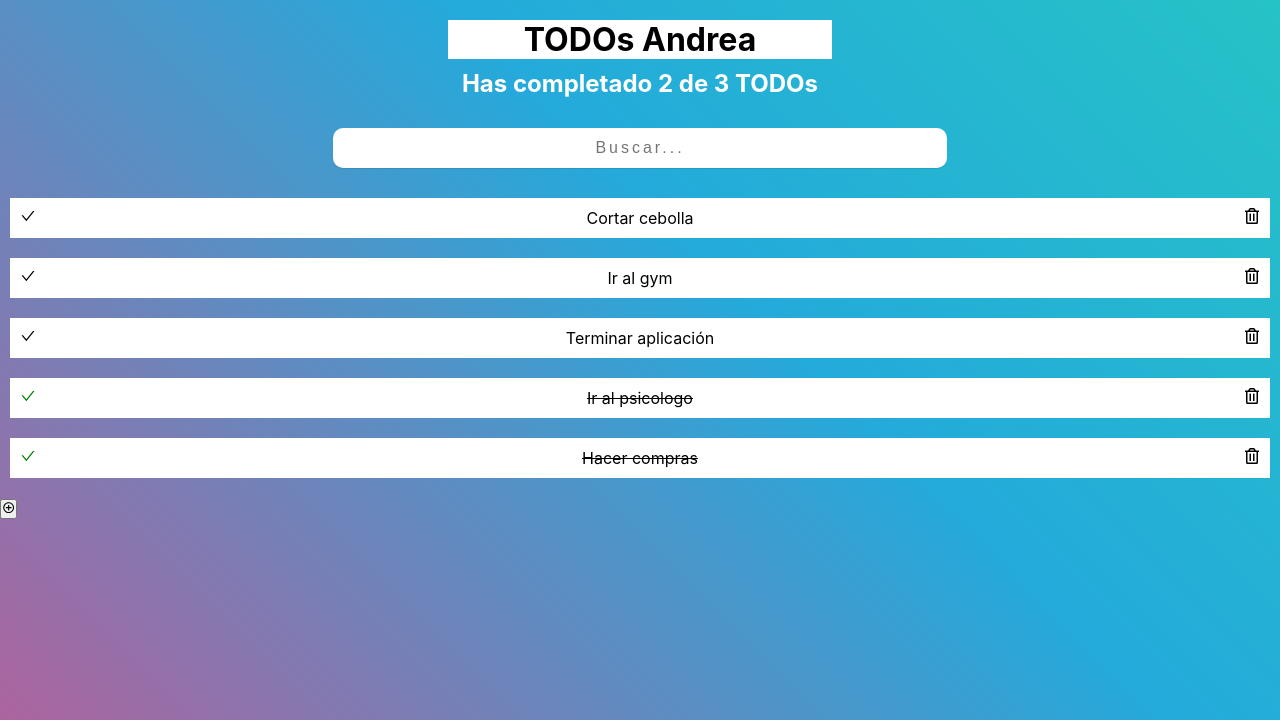
Repository: Pandrea-hub/TODOs
Page: /
These files come from the project's save history. The page is drawn as it stood at one moment and after a run of saves; the edit follows.
The browser window is 1280 px wide. The pictures show the whole page.
The project was rebuilt for these pictures with package versions that can differ from the ones it lists, and the page was loaded fresh each time. Also part of the build but not shown: src/TodoList.css.

Above is the page before, as saved 2022-06-07 10:04:26.

After the next 2 saves:
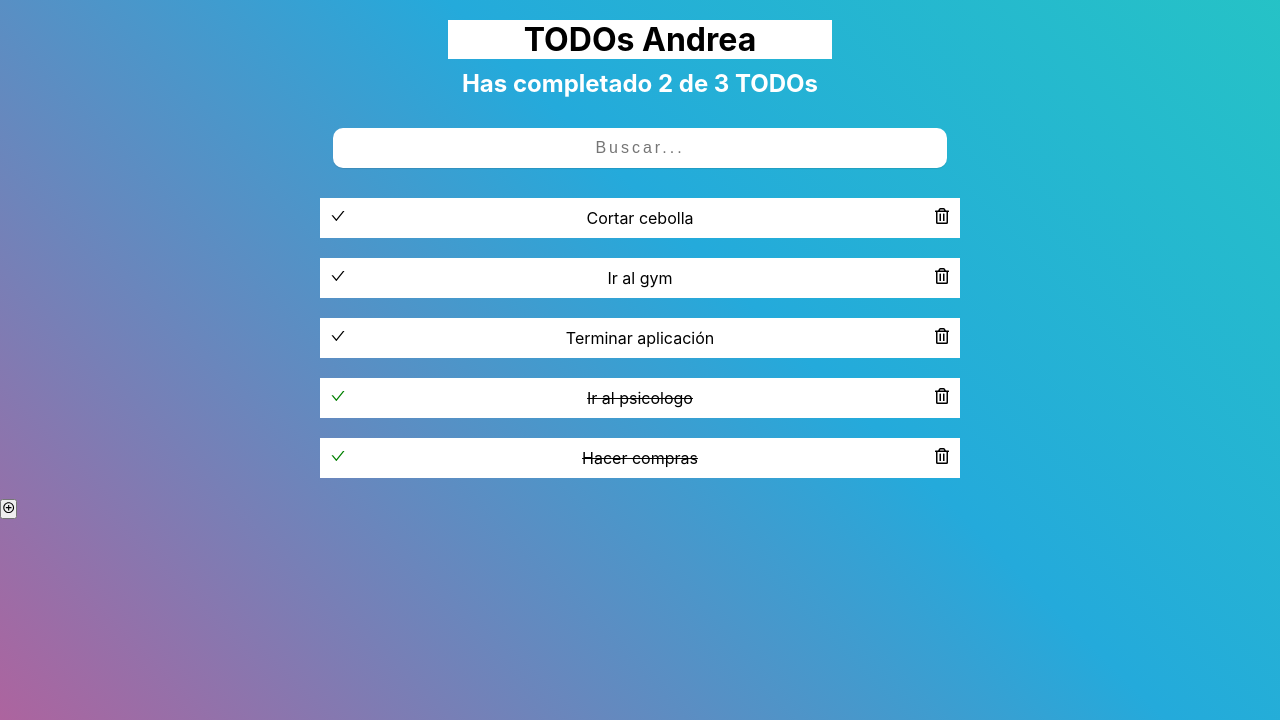
The 2 saves are shown as one change because they came seconds apart.
The last was saved 25 s later.
--- a/src/TodoItem.css
+++ b/src/TodoItem.css
@@ -1,9 +1,10 @@
 li{
     display: flex;
     padding: 10px;
+    width: 50%;
     justify-content: space-between;
     background-color:white;
-    margin: 20px 10px;
+    margin: 20px auto;
 }
 
 .Icon-check--activate{
